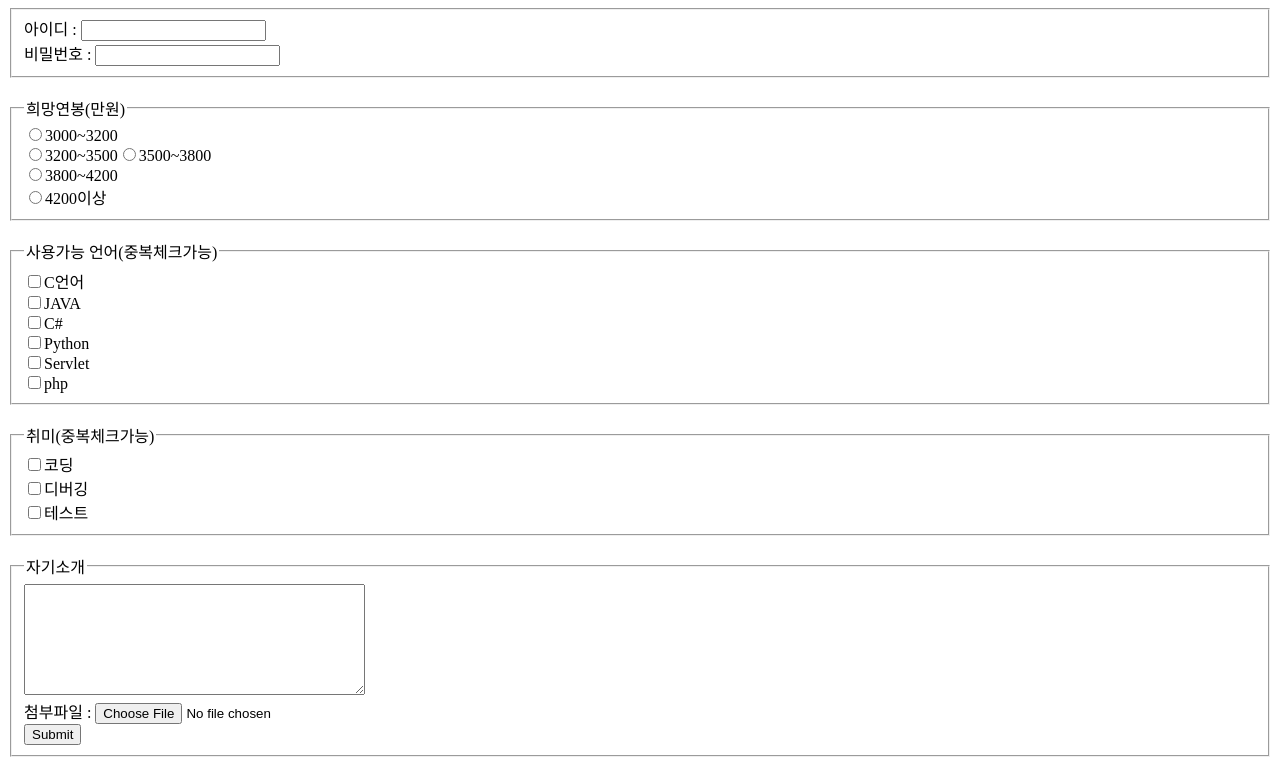
Repository: dhfkdlxm/Lecture-Web
Page: Lecture-Web/WebContent/html/exam04.html
These files come from the project's save history. The page is drawn as it stood at one moment and after the next save; the edit follows.
The browser window is 1280 px wide. The pictures show the whole page.

Above is the page before, as saved 2021-06-10 03:23:02.

After the next save:
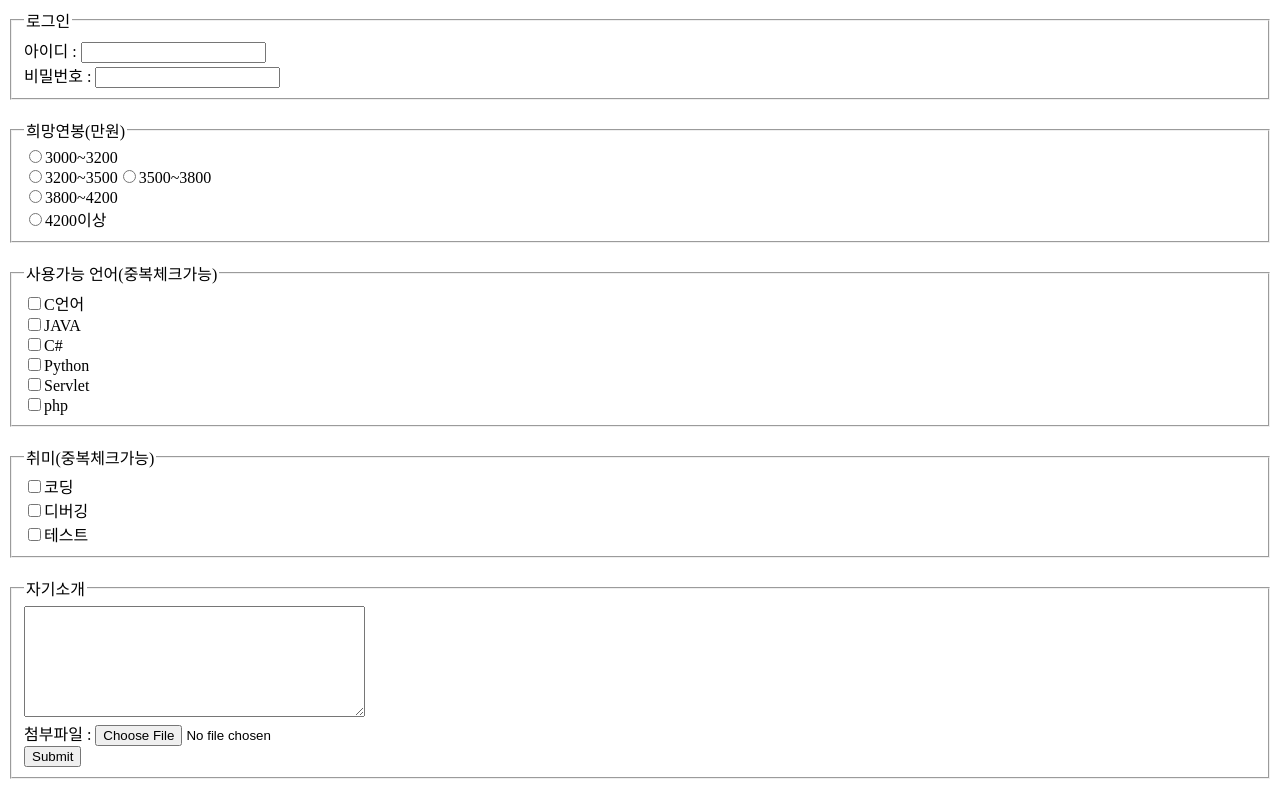
Saved 14 s later.
--- a/Lecture-Web/WebContent/html/exam04.html
+++ b/Lecture-Web/WebContent/html/exam04.html
@@ -24,6 +24,7 @@
 
 	<form action="http://www.naver.com">
 		<fieldset>
+			<legend>로그인</legend>
 			<label>아이디 : <input type="text"></label><br> <label
 				for="password">비밀번호 : <input type="password" id="password"></label><br>
 		</fieldset>
